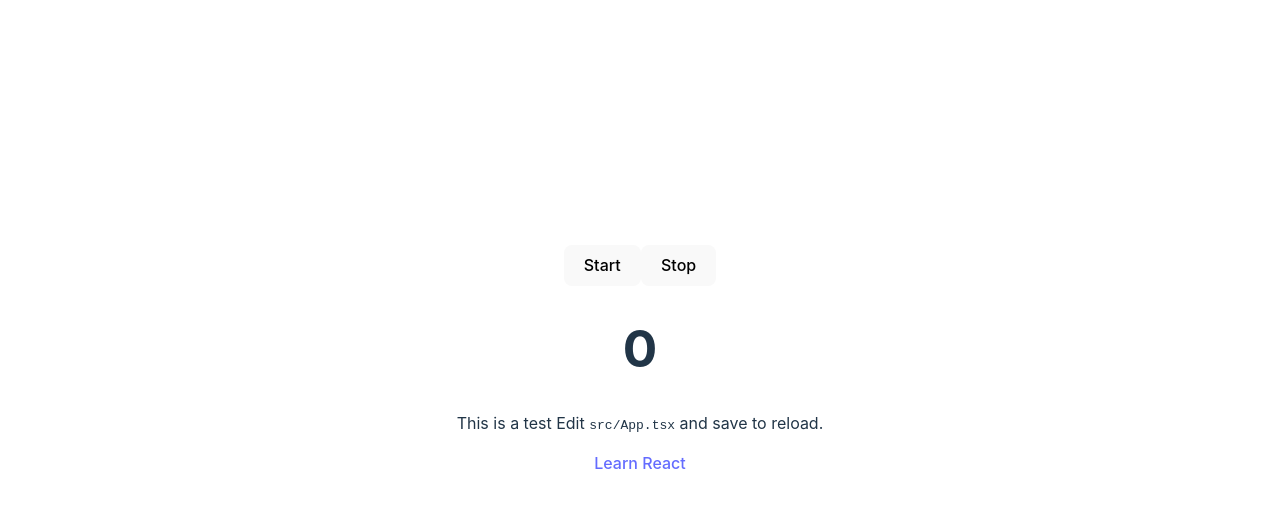
Repository: Artem-Melnik/pomotimer
Page: /
These files come from the project's save history. The page is drawn as it stood at one moment and after the next save; the edit follows.
The browser window is 1280 px wide. The pictures show the whole page.
The project was rebuilt for these pictures with package versions that can differ from the ones it lists, and the page was loaded fresh each time. Also part of the build but not shown: vite.config.ts.

Above is the page before, as saved 2025-01-03 20:42:19.

### src/App.tsx
import { useState } from 'react';
// import reactLogo from './assets/react.svg';
// import viteLogo from '/vite.svg';
import './App.css';

function App() {
  let timer: NodeJS.Timeout;
  function MyButton() {
    const [count, setCount] = useState(0);

    function tick() {
      setCount((c) => c + 1);
    }

    function start() {
      timer = setInterval(tick, 1000);
      console.log('tick started', timer);
    }

    function stop() {
      console.log('Stopping', timer);
      clearInterval(timer);
    }
    if (timer == null) {
      return (
        <div>
          <button onClick={start}>Start</button>
          <button onClick={stop}>Stop</button>
          <h1>{count}</h1>
        </div>
      );
    }
  }

  return (
    <div className="App">
      <MyButton />

      <header className="App-header">
        <p>
          This is a test Edit <code>src/App.tsx</code> and save to reload.
        </p>
        <a
          className="App-link"
          href="https://reactjs.org"
          target="_blank"
          rel="noopener noreferrer"
        >
          Learn React
        </a>
      </header>
    </div>
  );
}

export default App;

// function App() {
//   const [count, setCount] = useState(0)

//   return (
//     <>
//       <div>
//         <a href="https://vite.dev" target="_blank">
//           <img src={viteLogo} className="logo" alt="Vite logo" />
//         </a>
//         <a href="https://react.dev" target="_blank">
//           <img src={reactLogo} className="logo react" alt="React logo" />
//         </a>
//       </div>
//       <h1>Vite + React</h1>
//       <div className="card">
//         <button onClick={() => setCount((count) => count + 1)}>
//           count is {count}
//         </button>
//         <p>
//           Edit <code>src/App.tsx</code> and save to test HMR
//         </p>
//       </div>
//       <p className="read-the-docs">
//         Click on the Vite and React logos to learn more
//       </p>
//     </>
//   )
// }

// export default App

Loaded but not shown: index.html (common file); src/main.tsx (common file); src/index.css (common file); src/App.css (common file)

After the next save:
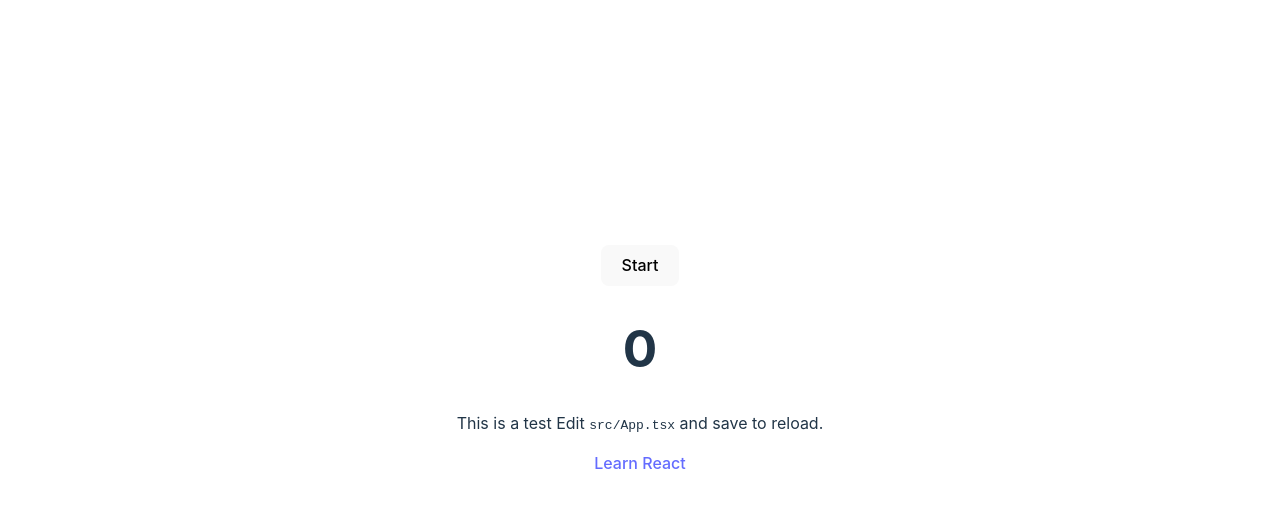
Saved 32 s later.
--- a/src/App.tsx
+++ b/src/App.tsx
@@ -25,10 +25,11 @@
       return (
         <div>
           <button onClick={start}>Start</button>
-          <button onClick={stop}>Stop</button>
           <h1>{count}</h1>
         </div>
       );
+    } else {
+      <button onClick={stop}>Stop</button>;
     }
   }
 
